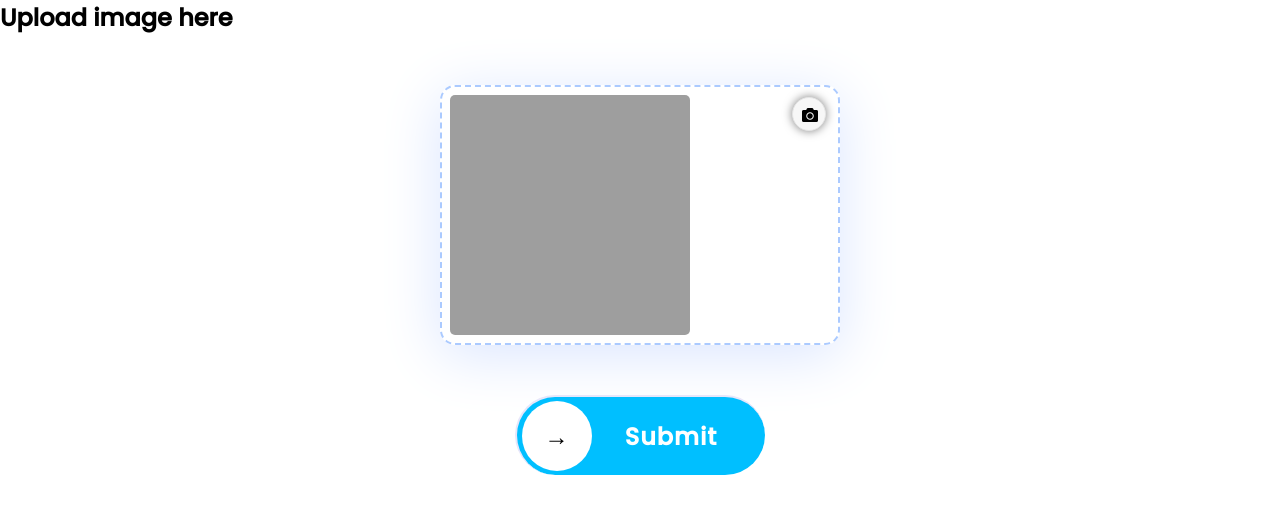
Repository: ThuongDuy/Phan_loai_anh
Page: hcsdlpt/index.html
An editor plug-in stored every save of this project. The page is shown before and after the next save, followed by the edit.
The browser window is 1280 px wide. The pictures show the whole page.
Pictures or frames that could not be fetched are drawn as grey boxes.

Above is the page before, as saved 2023-06-02 00:39:44.

After the next save:
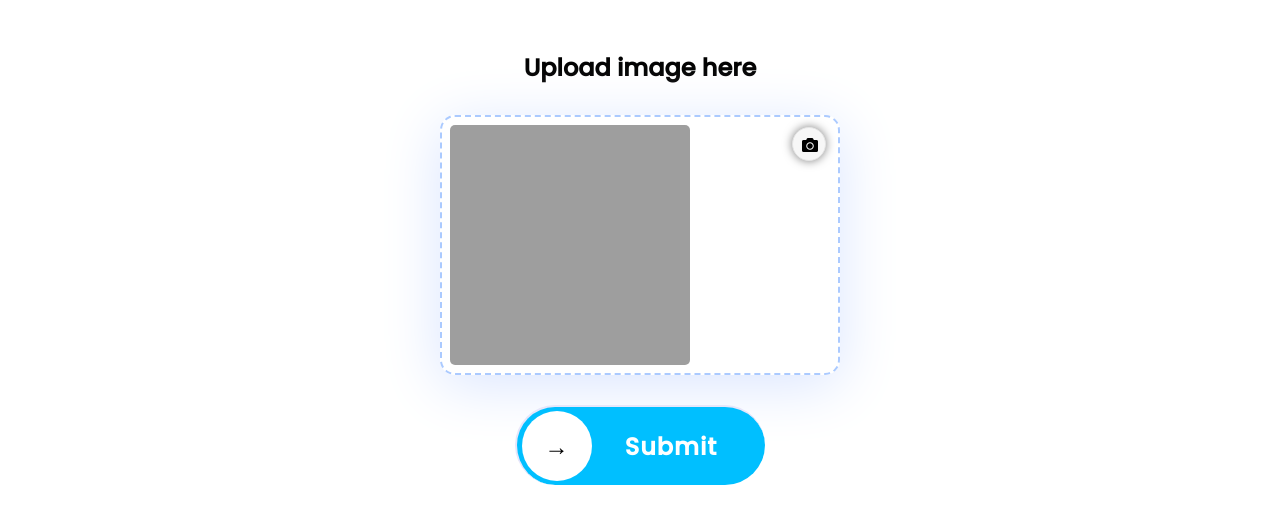
Saved 25 s later.
--- a/hcsdlpt/main.css
+++ b/hcsdlpt/main.css
@@ -6,7 +6,7 @@
     max-width: 400px;
     border-radius: 15px;
     border: 2px dashed rgb(171, 202, 255);
-    margin: 50px auto;
+    margin: 30px auto;
     box-shadow: 0 10px 60px rgb(218, 229, 255);
 }
 
@@ -73,6 +73,10 @@ button {
     border: none;
     outline: none;
 }
+.upload-title {
+    text-align: center;
+    margin-top: 50px;
+}
 
 .btn {
     position: relative;
